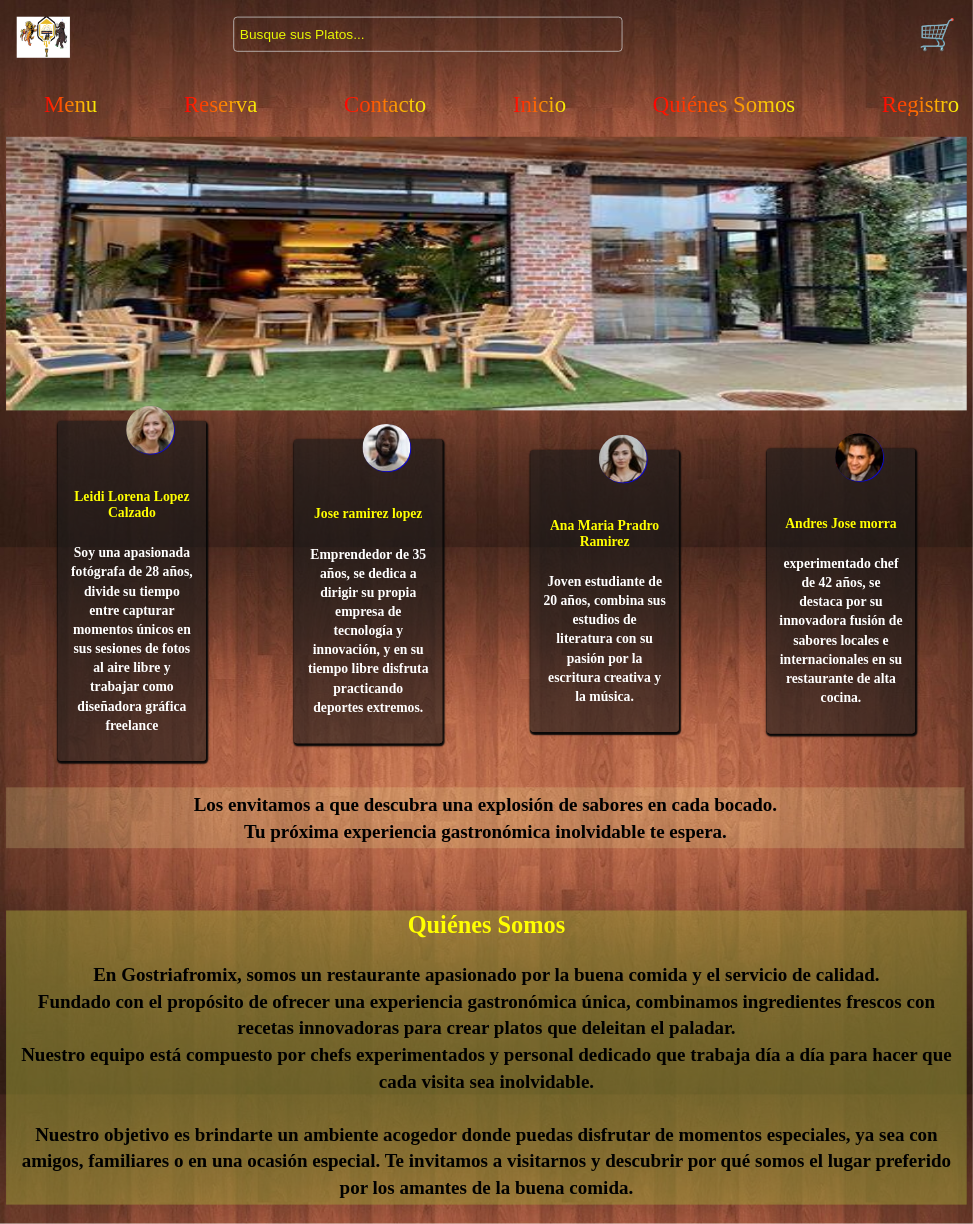
Repository: ye909/app_restaurante
Page: index.html
These files come from the project's save history. The page is drawn as it stood at one moment and after the next save; the edit follows.
The browser window is 1280 px wide. The pictures show the whole page, at 76% of full size.
Backgrounds fixed to the window are drawn as part of the page.

Above is the page before, as saved 2025-01-12 10:24:03.
Console error: ReferenceError: menuItems is not defined

After the next save:
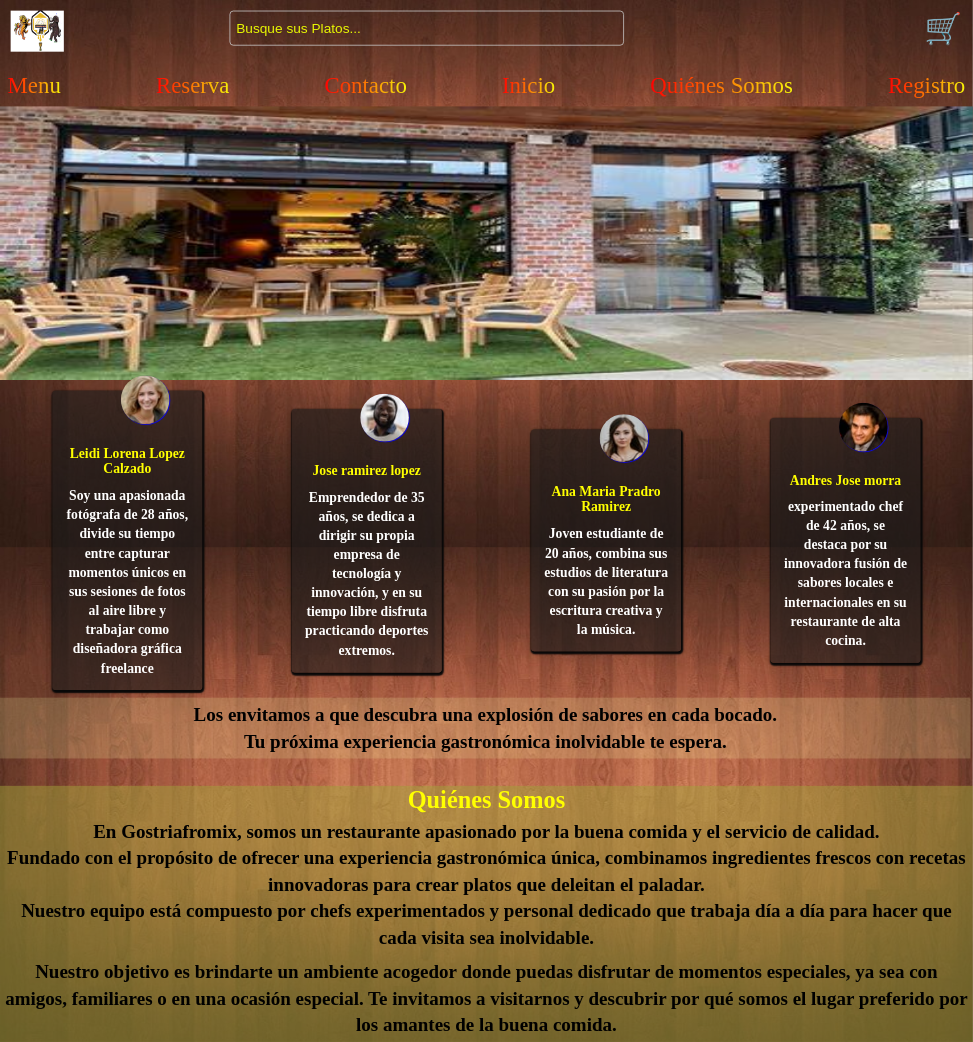
Saved 89 s later.
--- a/css/modal_card.css
+++ b/css/modal_card.css
@@ -1,3 +1,8 @@
+*{
+  margin: 0;
+  padding: 0;
+}
+
 t-items{
      display: none;
 }
